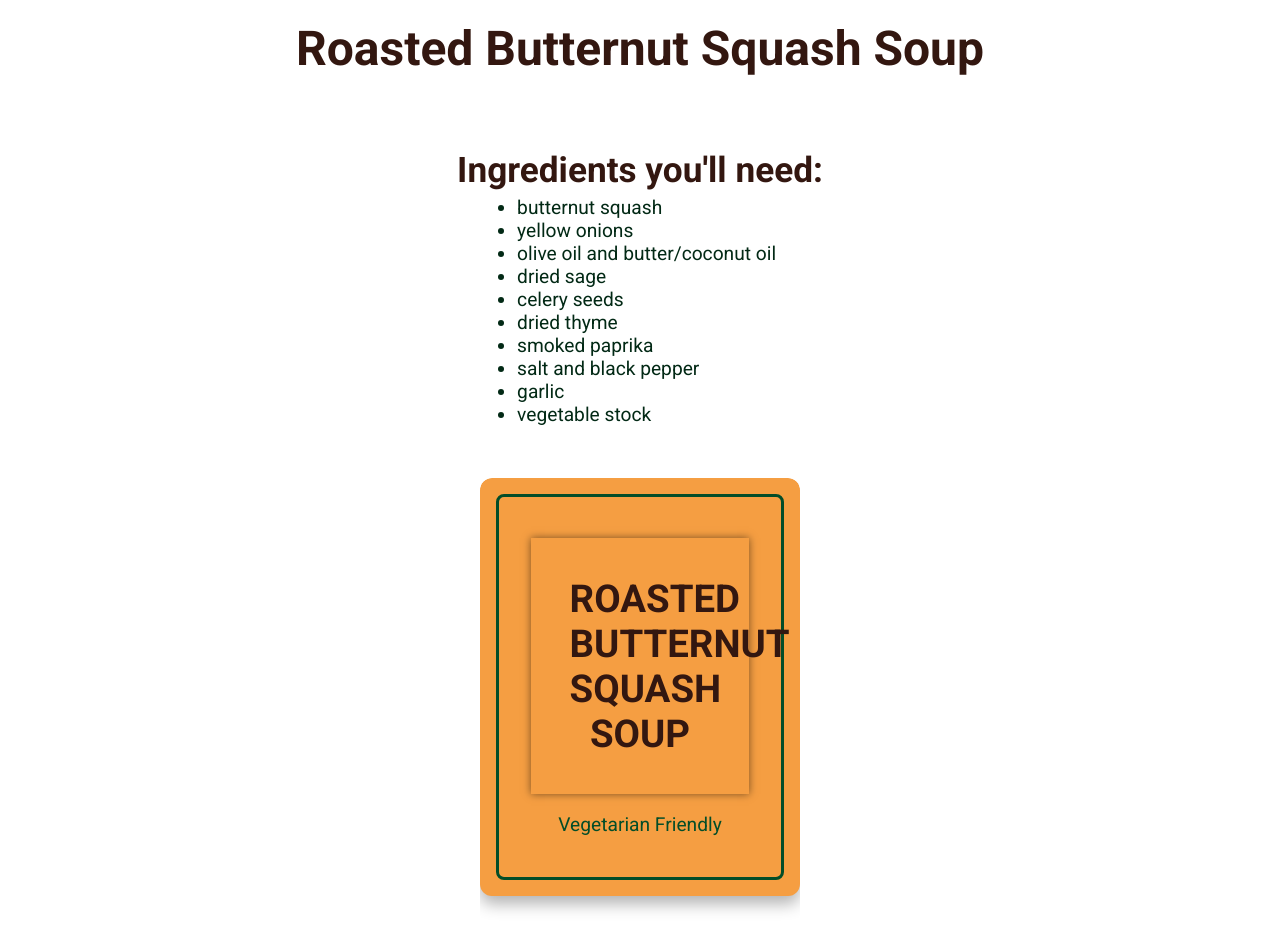
Repository: IDMX225/css-card-flip-LyssaMA
Page: src/index.html
These files come from the project's save history. The page is drawn as it stood at one moment and after the next save; the edit follows.
The browser window is 1280 px wide. The pictures show the whole page.
The style sheet was rebuilt from its Sass, Less or Tailwind sources for each picture, by a compiler version that may differ from the author's.

Above is the page before, as saved 2024-11-12 21:00:17.
Not found: src/js/index.js

After the next save:
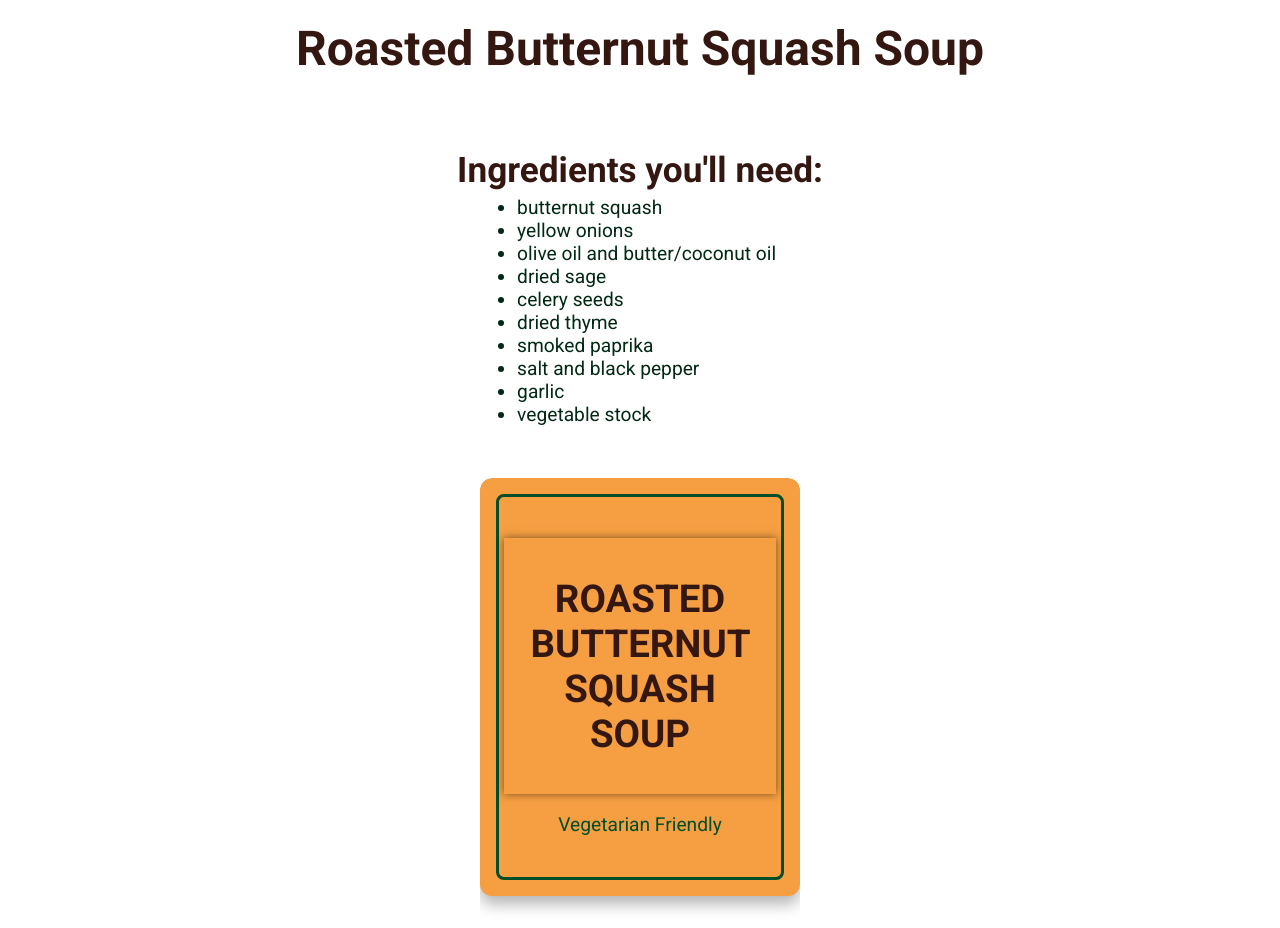
Saved 24 min 36 s later.
--- a/src/sass/main.scss
+++ b/src/sass/main.scss
@@ -117,6 +117,7 @@ body {
   align-items: center;
   text-align: center;
   z-index: 1;
+  overflow: hidden;
 }
 
 /* Border on the Front */
@@ -144,9 +145,13 @@ body {
   text-align: center;
   position: relative;
   z-index: 2;
-  width: 80%;
+  width: 100%; /* Ensure full width */
   box-sizing: border-box;
   margin-bottom: 0.5em;
+  display: flex;
+  justify-content: center;
+  align-items: center;
+  text-align: center;
 }
 
 /* Subtitle on Card */
@@ -155,6 +160,7 @@ body {
   font-size: 1.2rem;
   font-weight: var(--fw-normal);
   text-align: center;
+  margin-top: 0; /* Remove extra margin */
 }
 
 /* Back of the Card */
@@ -170,6 +176,7 @@ body {
   align-items: center;
   text-align: center;
   z-index: 1;
+  overflow: hidden;
 }
 
 .card__body {
@@ -180,4 +187,5 @@ body {
   max-width: 90%;
   word-wrap: break-word;
   box-sizing: border-box;
+  padding: 1em;
 }
